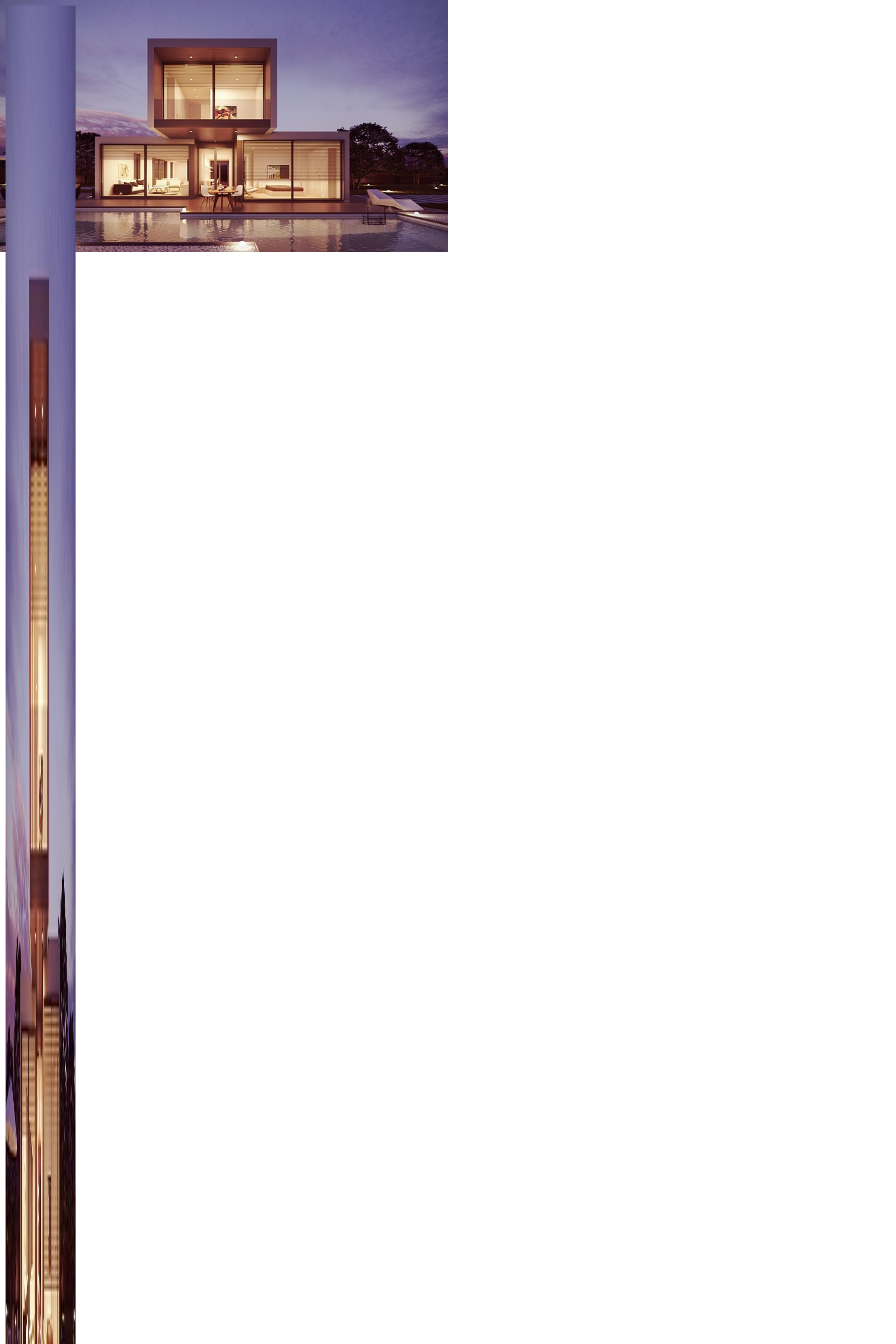
Repository: khadri2021/A2023_Task_Property_Management
Page: AdderssMakersWeb/WebContent/bottom.html
These files come from the project's save history. The page is drawn as it stood at one moment and after the next save; the edit follows.
The browser window is 1280 px wide. The pictures show the part of the page from y = 0 to 1920 px (the page is 2570 px tall), at 70% of full size.
Backgrounds fixed to the window are drawn as part of the page.

Above is the page before, as saved 2024-02-11 11:21:15.

### AdderssMakersWeb/WebContent/bottom.html
<!DOCTYPE html>
<html>
<head>
<meta charset="ISO-8859-1">
<title>HomePage</title>
<style>

body {
 background-image: url(home.jpg);
 background-repeat: no-repeat;
 background-attachment: fixed;
 background-size: 100;



}







</style>
</head>
<body>
<tr>
<td><a href="Add.jsp"> <img src="./images/home.jpg" alt=" "
		style="width: 100px; height: 2550px;">
	</a>
	</td>
</tr>

</body>
</html>

After the next save:
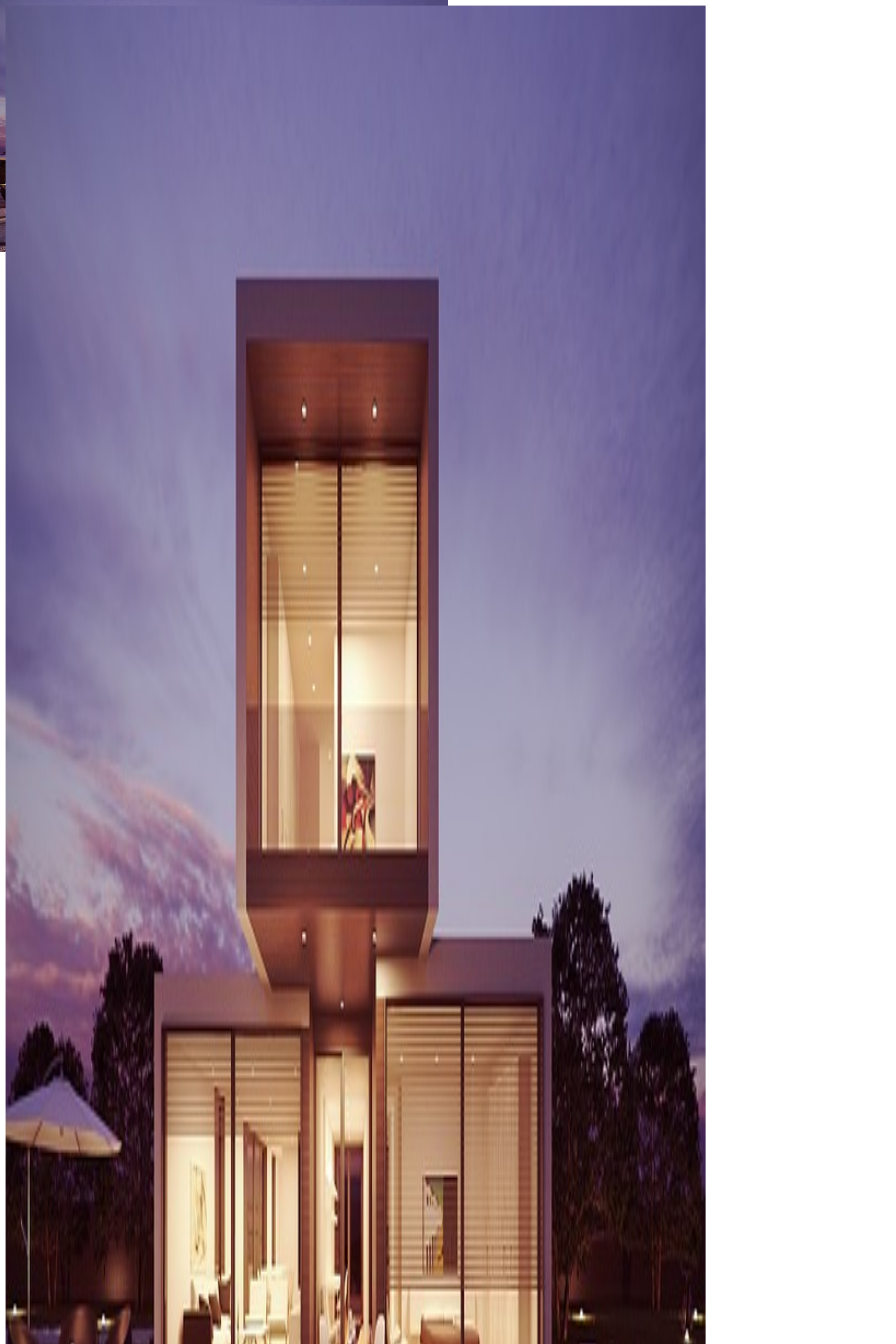
Saved 17 s later.
--- a/AdderssMakersWeb/WebContent/bottom.html
+++ b/AdderssMakersWeb/WebContent/bottom.html
@@ -26,7 +26,7 @@ body {
 <body>
 <tr>
 <td><a href="Add.jsp"> <img src="./images/home.jpg" alt=" "
-		style="width: 100px; height: 2550px;">
+		style="width: 1000px; height: 2550px;">
 	</a>
 	</td>
 </tr>
